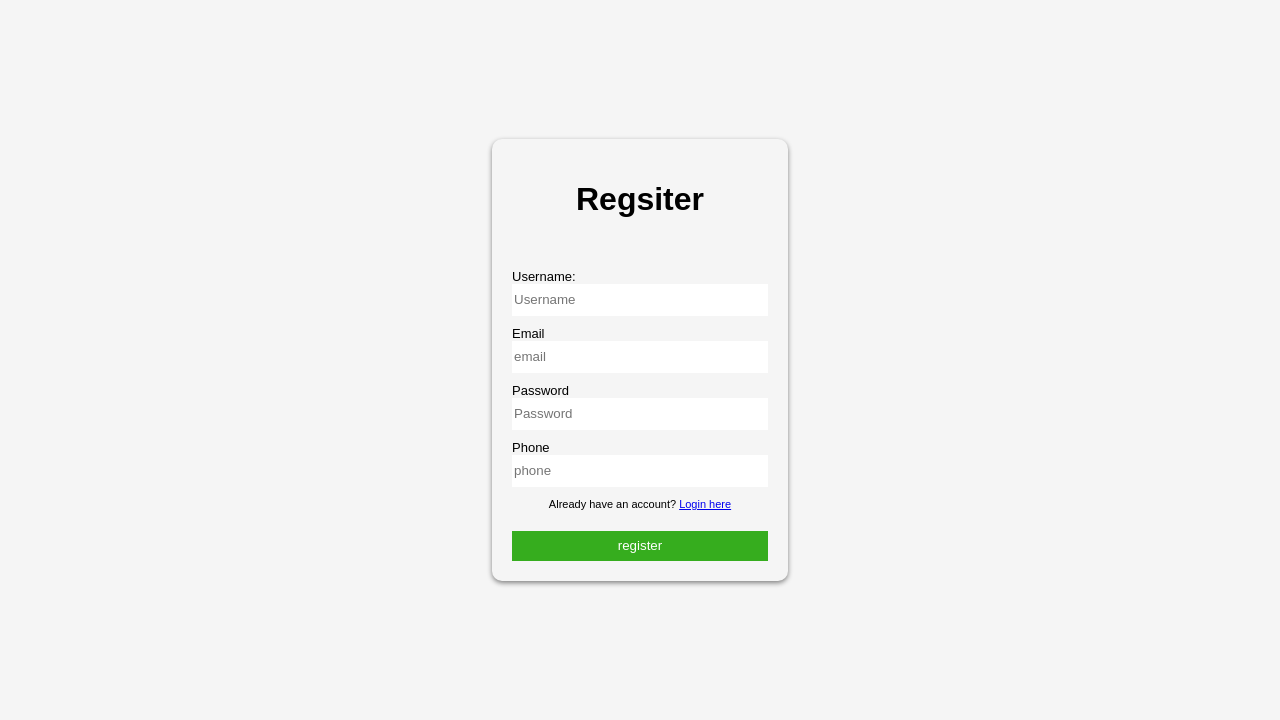
Repository: Dennis-star1001/PHP-CRUD
Page: http://localhost/register.php
An editor plug-in stored every save of this project. The page is shown before and after the next save, followed by the edit.
The browser window is 1280 px wide. The pictures show the whole page.
The page is run by PHP 8.4 with error messages shown; the project is at /var/www/html/.

Above is the page before, as saved 2022-07-06 00:24:33.

### register.php
<?php require("backend.php");
?>
<?php
$err = "";
$sucess ='';
$clas = '';
if (isset($_GET['err'])) {
    $err = $_GET['err'];
    $clas = 'error';

}elseif(isset($_GET['sucess'])){
    $sucess = $_GET['err'];
    $clas = 'sucess';

} ?>
<!DOCTYPE html>
<html lang="en">

<head>
    <meta charset="UTF-8">
    <meta http-equiv="X-UA-Compatible" content="IE=edge">
    <meta name="viewport" content="width=device-width, initial-scale=1.0">
    <link rel="stylesheet" href="style.css">
    <title>Document</title>
</head>

<body>
    <form method="POST" action="backend.php">
        <div class="container">
            <div class="left">
                <h1 class="title">Regsiter</h1>
                <?php echo "<div class='$clas'>$err</div>" ?>
                <?php echo "<div class='$clas'>$sucess</div>" ?>
                <div class="input-field">
                    <label for="username">Username:</label>
                    <input type="text" class="text-input" placeholder="Username" name="username" />
                </div>
                <div class="input-field">
                    <label for="email">Email</label>
                    <input type="email" class="text-input" placeholder="email" name="email" />
                </div>
                <div class="input-field">
                    <label for="password">Password</label>
                    <input type="password" class="text-input" placeholder="Password" name="password" />
                </div>
                <div class="input-field">
                    <label for="phone">Phone</label>
                    <input type="phonr" class="text-input" placeholder="phone" name="phone" />
                    <p class="login-link">Already have an account? <a href="login.php">Login here</a> </p>
                </div>
                <input type="submit" value="register" class="submit" name="register" />

            </div>

        </div>
    </form>

</body>

</html>

### backend.php
<?php
session_start();
require("connection.php");

if (isset($_POST['register'])) {
    $username = $_POST['username'];
    $email = $_POST['email'];
    $password = $_POST['password'];
    $phone = $_POST['phone'];

    if (empty($username) || empty($email) || empty($password) || empty($phone)) {
        header("Location: register.php?err=Empty field not allowed!");
        exit;
    }

    //check if existed
    $Select_sql = "SELECT * FROM register WHERE username = '$username' AND phone = '$phone'";

    $query =  mysqli_query($conn, $Select_sql);


    if (mysqli_num_rows($query) > 0) {
        header("Location: register.php?err=This user already exist");
        exit;
    } else {
        $Insert_sql = "INSERT INTO register SET username = '$username', email='$email', password='$password', phone = '$phone'";
        mysqli_query($conn, $Insert_sql);
        header("Location: login.php?sucess=You can now register");
    }
}


if (isset($_POST['login'])) {
    $username = $_POST['username'];

    $password = $_POST['password'];


    if (empty($username) || empty($password)) {
        header("Location: login.php?err=Empty field not allowed!");
        exit;
    }

    $sql = "SELECT * FROM register WHERE username = '$username' AND password = '$password'";
    $query = mysqli_query($conn, $sql);
    if (mysqli_num_rows($query) > 0) {
        $row = mysqli_fetch_array($query);
        $_SESSION['id'] = $row['id'];
        $_SESSION['username'] = $row['username'];
        $_SESSION['password'] = $row['password'];
        header("Location: index.php?success=Logged in...");
    } else {
        header("Location: login.php?err=User not found!");
        exit;
    }
    $name = $_SESSION['username'];
}

### connection.php
<?php
$conn = mysqli_connect("localhost", "root", "", "Wild_animals");
if(!$conn){
die("Connection failed: " . mysqli_connect_error());
}

### style.css
body {
    margin: 0px;
    font-family: sans-serif;
    background-color: whitesmoke;

}

.title{

    text-align: center;

}

.container{
    display: flex;
    justify-content: center;
    align-items: center;
    height: 100vh;
}
.animal-container{
    display: flex;
    justify-content: center;
    align-items: center;
    height: 70vh;
}
.left{
    display: flex;
    flex-direction: column;
    width: 20%;
    /* border: 1px solid black; */
    box-shadow: 0 2px 5px gray;
    border-radius: 10px;
    padding: 20px;
    gap: 10px;
}
.input-field{
    display: flex;
    flex-direction: column;
}
input{
    height: 30px;
    border: none;

}
input:focus{
    outline: none;
    border-bottom: 1px solid gray;
}
label{
    font-size: 13px;
}
.submit{
    background-color: rgb(54, 173, 30);
    border: none;
    color: white;
}
.error {
    height: 5%;
    width: 100%;
    background-color: pink;
    color: red;
    font-family: sans-serif;
    display: flex;
    justify-content: center;
    align-items: center;
    font-size: 15px;
}

.success {
    height: 10%;
    width: 100%;
    background-color: lightgreen;
    color: green;
    font-family: sans-serif;
    display: flex;
    justify-content: center;
    align-items: center;
    font-size: 15px;
}
p{
    font-size: 11px;
    text-align: center;
}
.nav-links{
    display: flex;
    list-style: none;
    justify-content: right;
    padding-right: 10px;

}

.nav-links li a{
    padding: 5px;
    border-radius: 5px;
    margin: 5px 10px;
    font-size: 15px;
    text-decoration: none;
    color: white;
    background-color: green;
}
/* .main-animal{
    display: flex;
    justify-content: center;
    flex-direction: column;
    align-items: center;
} */

After the next save:
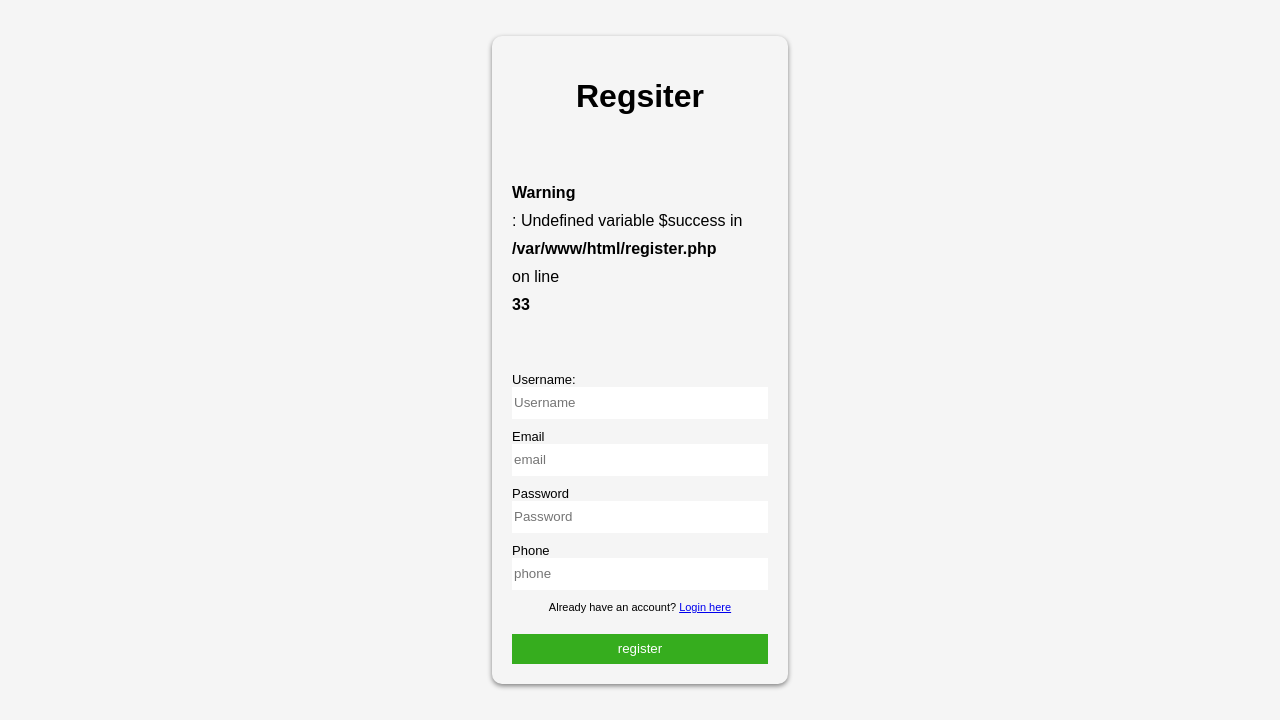
Saved 3 min 48 s later.
--- a/register.php
+++ b/register.php
@@ -30,6 +30,8 @@ if (isset($_GET['err'])) {
             <div class="left">
                 <h1 class="title">Regsiter</h1>
                 <?php echo "<div class='$clas'>$err</div>" ?>
+                <?php echo "<div class='success'>$success</div>" ?>
+
                 <?php echo "<div class='$clas'>$sucess</div>" ?>
                 <div class="input-field">
                     <label for="username">Username:</label>
